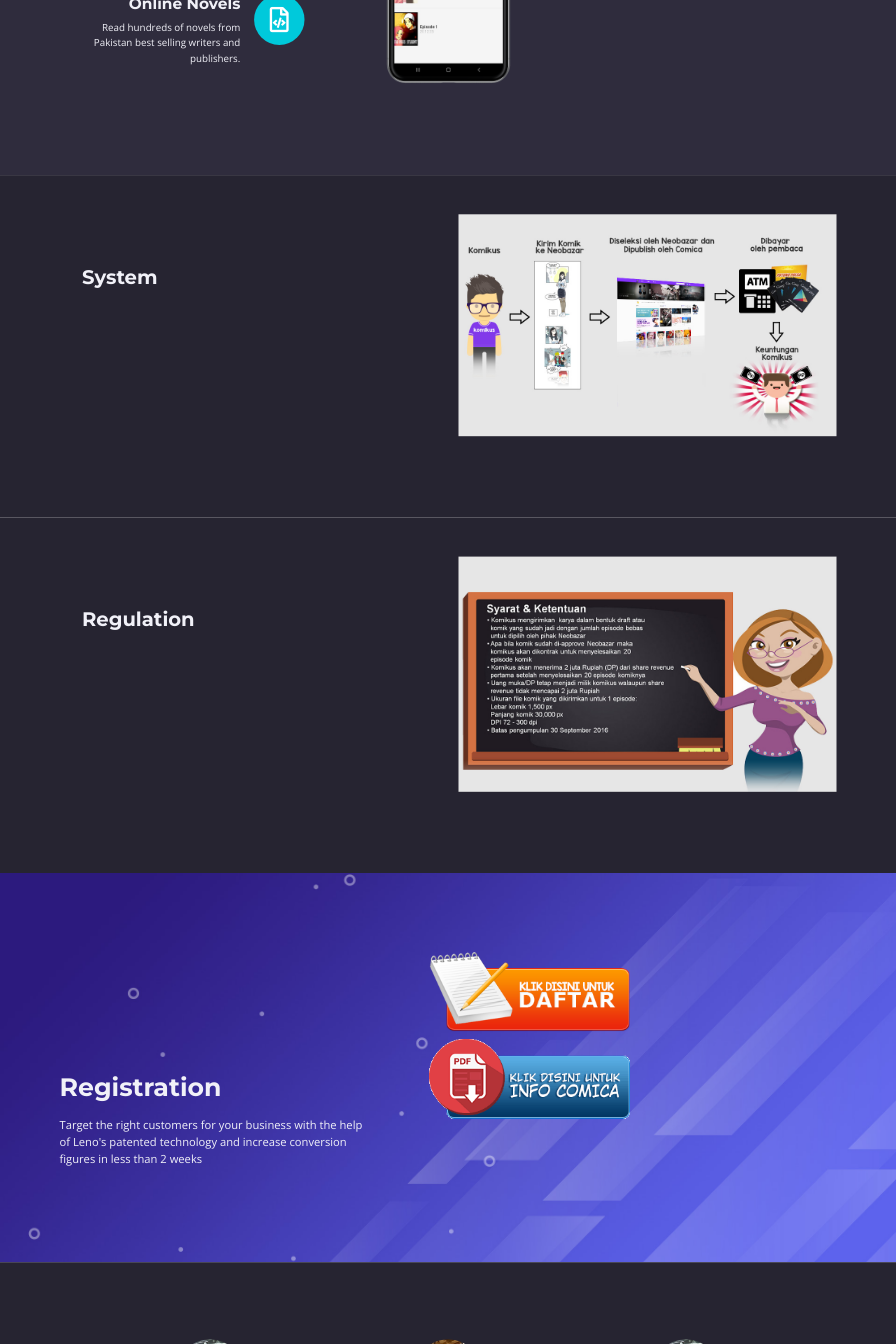
Repository: blackhat97/Homepage
Page: index.html
The author's editor kept a copy of each file at every save. The page is drawn from the files as they stood at one save, then again after the next save.
The browser window is 1280 px wide. The pictures show the part of the page from y = 1513 to 3433 px (the page is 4522 px tall before and 3525 px after), at 70% of full size.

Above is the page before, as saved 2020-04-03 12:45:15.

After the next save:
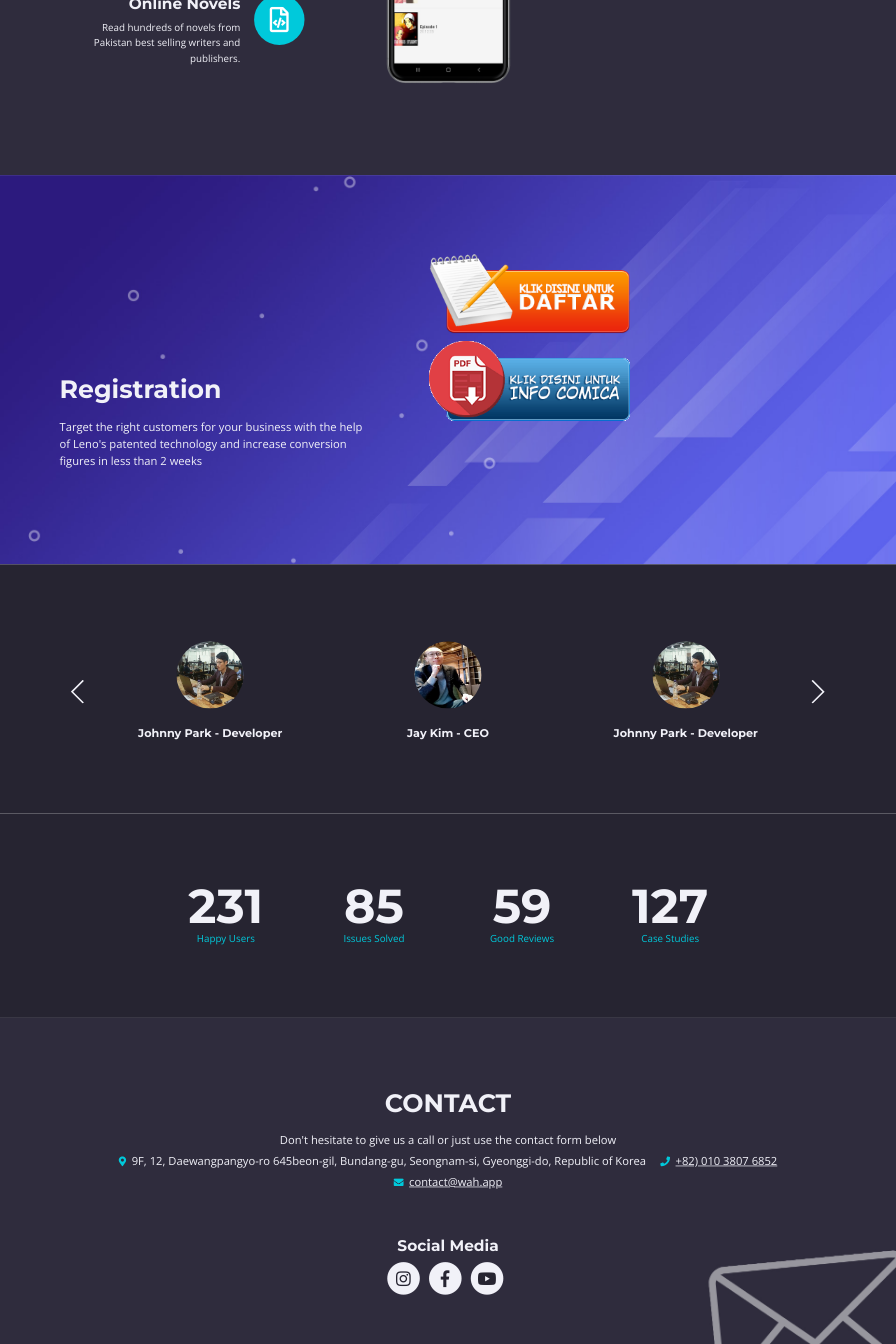
Saved 93 s later.
--- a/index.html
+++ b/index.html
@@ -217,45 +217,7 @@
     <!-- end of features -->
 
     <!-- Details -->
-    <div id="details" class="basic-3">
-        <div class="container">
-            <div class="row">
-                <div class="col-lg-6">
-                    <div class="text-container">
-                        <h3>System</h3>
-                    </div> <!-- end of text-container -->
-                </div> <!-- end of col -->
-                <div class="col-lg-6">
-                    <img class="img-fluid" src="images/comica.jpg" alt="alternative">
-                </div> <!-- end of col -->
-            </div> <!-- end of row -->
-        </div> <!-- end of container -->
-    </div> <!-- end of basic-2 -->
-    <!-- end of details 1 -->
-
-
-    <!-- Details 2 -->
-    <div class="basic-3">
-        <div class="second">
-            <div class="container">
-                <div class="row">
-                    <div class="col-lg-6">
-                        <div class="text-container">
-                            <h3>Regulation</h3>
-                        </div> <!-- end of text-container -->
-                    </div> <!-- end of col -->
-                    <div class="col-lg-6">
-                        <img class="img-fluid" src="images/syarat.jpg" alt="alternative">
-                    </div> <!-- end of col -->
-                </div> <!-- end of row -->
-            </div> <!-- end of container -->
-        </div> <!-- end of second -->
-    </div> <!-- end of basic-3 -->
-    <!-- end of details 2 -->
-
-
-    <!-- Download -->
-    <div class="basic-4">
+    <div id="details" class="basic-4">
         <div class="container">
             <div class="row">
                 <div class="col-lg-6 col-xl-5">
